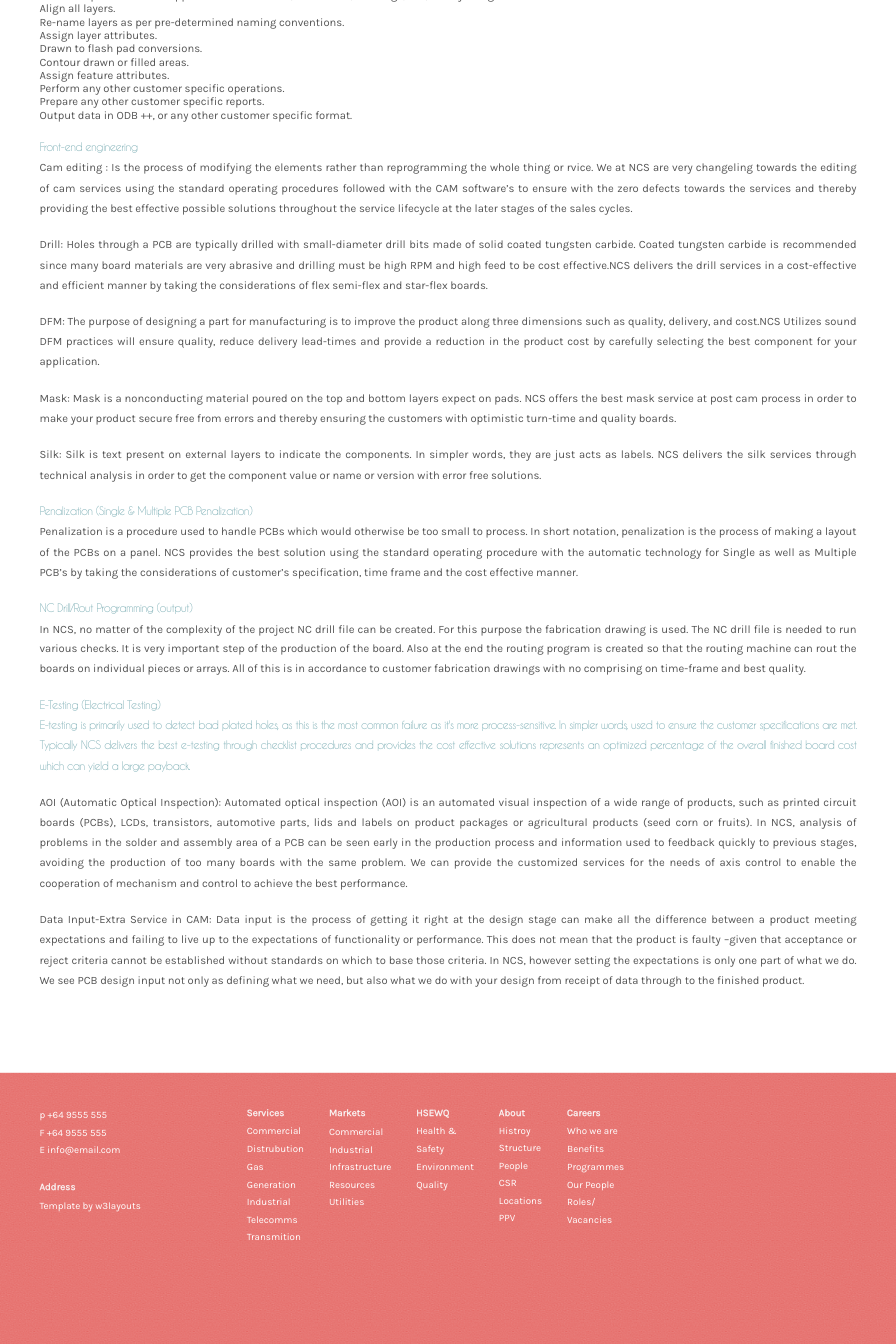
Repository: achalbi/NCS_demo
Page: public/CAM_Solutions.html
The author's editor kept a record of every edit. The page is drawn from the files as they stood at one moment, then again after the next edit.
The browser window is 1280 px wide. The pictures show the part of the page from y = 772 to 2692 px (the page is 2692 px tall), at 70% of full size.

Above is the page before.

### public/CAM_Solutions.html
<!--A Design by W3layouts
Author: W3layout
Author URL: http://w3layouts.com
License: Creative Commons Attribution 3.0 Unported
License URL: http://creativecommons.org/licenses/by/3.0/
-->
<!DOCTYPE HTML>
<html>
<head>
<title>The Organic Website Template | Infrastructure :: w3layouts</title>
<meta http-equiv="Content-Type" content="text/html; charset=utf-8" />
<meta name="viewport" content="width=device-width, initial-scale=1, maximum-scale=1">
<link href='http://fonts.googleapis.com/css?family=Karla' rel='stylesheet' type='text/css'>
<link href="css/style.css" rel="stylesheet" type="text/css" media="all" />
<script src="js/jquery.min.js"></script>
</head>
<body>
<!-- start header -->
<div class="header_bg1">
<div class="wrap">
<div class="wrapper">
	<div class="logo">
		<a href="index.html"><img src="images/logo.png" alt=""/> </a>
	</div>
	<div class="menu">
		<a class="toggleMenu" href="#">Menu</a>
		<ul class="nav">
			<li><a href="index.html">Home</a></li>
			<li><a href="#">Solutions</a>
				<ul>
					<li><a href="CAM_Solutions.html">CAM Solutions</a></li>
					<li><a href="Software_Solutions.html">Software Solutions</a></li>
					<li><a href="Engineering_Solutions.html">Engineering Solutions</a></li>
				</ul>
			</li>
			<li><a href="#">Company</a>
				<ul>
					<li><a href="Quality.html">Quality</a></li>
					<li><a href="Career.html">Career</a></li>
					<li><a href="Capabilities.html">Capabilities</a></li>
				</ul>
			</li>
			<li><a href="contact.html">Contact</a></li>
		</ul>
		</div>
		<div class="clear"></div>
	 <script type="text/javascript" src="js/script.js"></script>
	<div class="clear"></div>
</div>
</div>
</div>
<!-- start content -->
<div class="content_bg">
<div class="wrap">
<div class="wrapper">
	<div class="main">
	  <h2 class="style1">CAM SOLUTIONS</h2>
		<p class="para1">CAM (Computer-Aided Manufacturing) is a foremost front-end engineering solution that requires on time factor and accurate processing in any PCB Company. CAM services has been designed to help consistently accomplish the customers while gaining cost savings. NCS offers the CAM Services like RFQ, Pre-CAM/Product engineering, Front-end Engineering, Penalization, NC Drill Programming/Rout Programming, E-testing, AOI (Automatic optical Inspection), Data input is strived to produce the highest quality machined components in the safest, most efficient manner possible while still ensuring on time delivery of your products or services. </p>
		<p class="para1">  <span class= "style1_sub"> Requests for Quotation </span><br>
        A request for quotation (RFQ) is a standard business process whose purpose is to invite suppliers into a bidding process to bid on specific products or services. RFQ generally means the same thing as IFB (Invitation for Bid). Within the customer requirements, production capacity and the form factors, NCS provides the best quotation through technical reviews in terms of significant analysis and the time factor in order to ensure the customer to responds to RFQ’s faster and more accurately.
        </p>
        <p class="para1"> <span class= "style1_sub">  Pre-CAM (Product Engineering) </span>
        <br>
        Activity generally includes the following; however, this can be customized to each customer's requirements:
<ul >
<li style="color: #555555;">Read or input customer supplied electronic data (Gerber files, drawings, etc.) in any recognized format.</li>
<li style="color: #555555;">Align all layers.</li>
<li style="color: #555555;">Re-name layers as per pre-determined naming conventions.</li>
<li style="color: #555555;">Assign layer attributes.</li>
<li style="color: #555555;">Drawn to flash pad conversions.</li>
<li style="color: #555555;">Contour drawn or filled areas.</li>
<li style="color: #555555;">Assign feature attributes.</li>
<li style="color: #555555;">Perform any other customer specific operations.</li>
<li style="color: #555555;">Prepare any other customer specific reports.</li>
<li style="color: #555555;">Output data in ODB ++, or any other customer specific format.</li>
</ul>
        </p>
        <p class="para1"> <span class= "style1_sub">
        Front-end engineering</span><br>
        Cam editing :
Is the process of modifying the elements rather than reprogramming the whole thing or rvice. We at NCS are very changeling towards the editing of cam services using the standard operating procedures followed with the CAM software’s to ensure with the zero defects towards the services and thereby providing the best effective possible solutions throughout the service lifecycle at the later stages of the sales cycles.
        </p>
         <p class="para1">
       Drill:
Holes through a PCB are typically drilled with small-diameter drill bits made of solid coated tungsten carbide. Coated tungsten carbide is recommended since many board materials are very abrasive and drilling must be high RPM and high feed to be cost effective.NCS delivers the drill services in a cost-effective and efficient manner by taking the considerations of flex semi-flex and star-flex boards.
        </p>
         <p class="para1">
        DFM:
The purpose of designing a part for manufacturing is to improve the product along three dimensions such as quality, delivery, and cost.NCS Utilizes sound DFM practices will ensure quality, reduce delivery lead-times and provide a reduction in the product cost by carefully selecting the best component for your application.
        </p>
         <p class="para1">
       Mask:
Mask is a nonconducting material poured on the top and bottom layers expect on pads. NCS offers the best mask service at post cam process in order to make your product secure free from errors and thereby ensuring the customers with optimistic turn-time and quality boards.
        </p>
          <p class="para1">
      Silk:
Silk is text present on external layers to indicate the components. In simpler words, they are just acts as labels. NCS delivers the silk services through technical analysis in order to get the component value or name or version with error free solutions.
        </p>
         <p class="para1">  <span class= "style1_sub"> Penalization (Single & Multiple PCB Penalization)</span><br>
         Penalization is a procedure used to handle PCBs which would otherwise be too small to process. In short notation, penalization is the process of making a layout of the PCBs on a panel. NCS provides the best solution using the standard operating procedure with the automatic technology for Single as well as Multiple PCB’s by taking the considerations of customer’s specification, time frame and the cost effective manner.
         </p>
          <p class="para1">  <span class= "style1_sub"> NC Drill/Rout Programming (output)</span><br>
          In NCS, no matter of the complexity of the project NC drill file can be created. For this purpose the fabrication drawing is used. The NC drill file is needed to run various checks. It is very important step of the production of the board. Also at the end the routing program is created so that the routing machine can rout the boards on individual pieces or arrays. All of this is in accordance to customer fabrication drawings with no comprising on time-frame and best quality.
          </p>
           <p class="para1">  <span class= "style1_sub"> E-Testing (Electrical Testing)<br>
           E-testing is primarily used to detect bad plated holes, as this is the most common failure as it's more process-sensitive. In simpler words, used to ensure the customer specifications are met. Typically NCS delivers the best e-testing through checklist procedures and provides the cost effective solutions represents an optimized percentage of the overall finished board cost which can yield a large payback.
           </p>
            <p class="para1">AOI (Automatic Optical Inspection):
Automated optical inspection (AOI) is an automated visual inspection of a wide range of products, such as printed circuit boards (PCBs), LCDs, transistors, automotive parts, lids and labels on product packages or agricultural products (seed corn or fruits). In NCS, analysis of problems in the solder and assembly area of a PCB can be seen early in the production process and information used to feedback quickly to previous stages, avoiding the production of too many boards with the same problem. We can provide the customized services for the needs of axis control to enable the cooperation of mechanism and control to achieve the best performance.</p>
<p class="para1">Data Input-Extra Service in CAM:
Data input is the process of getting it right at the design stage can make all the difference between a product meeting expectations and failing to live up to the expectations of functionality or performance. This does not mean that the product is faulty –given that acceptance or reject criteria cannot be established without standards on which to base those criteria. In NCS, however setting the expectations is only one part of what we do. We see PCB design input not only as defining what we need, but also what we do with your design from receipt of data through to the finished product.</p>
    </div>
</div>
</div>
</div>
<!-- start footer -->
<div class="footer_bg">
<div class="wrap">
<div class="wrapper">
<div class="clear">
	<div class="f_grid">
		<div class="grid1_of_1">
			<div class="address">
				<p>p +64 9555 555</p>
				<p>F +64 9555 555</p>
				<p>E <a href="">info@email.com</a> </p>
				<h3 class="top">Address</h3>
				<p class="top">Template by <a href="http://w3layouts.com">w3layouts</a></p>
			</div>
		</div>
		<div class="grid1_of_2">
			<div class="f_grid2 left">
				<h3>Services</h3>
				<ul class="f_nav">
					<li><a href="">Commercial</a></li>
					<li><a href="">Distrubution</a></li>
					<li><a href="">Gas</a></li>
					<li><a href="">Generation</a></li>
					<li><a href="">Industrial</a></li>
					<li><a href="">Telecomms</a></li>
					<li><a href="">Transmition</a></li>
				</ul>
			</div>
			<div class="f_grid2 left">
			<h3>Markets</h3>
			<ul class="f_nav">
				<li><a href="">Commercial</a></li>
				<li><a href="">Industrial</a></li>
				<li><a href="">Infrastructure</a></li>
				<li><a href="">Resources</a></li>
				<li><a href="">Utilities</a></li>
			</ul>
			</div>
			<div class="f_grid2 left">
			<h3>HSEWQ</h3>
			<ul class="f_nav">
				<li><a href="">Health &</a></li>
				<li><a href="">Safety</a></li>
				<li><a href="">Environment</a></li>
				<li><a href="">Quality</a></li>
			</ul>
			</div>
			<div class="f_grid2 left hide">
			<h3>About</h3>
			<ul class="f_nav">
				<li><a href="">Histroy</a></li>
				<li><a href="">Structure</a></li>
				<li><a href="">People</a></li>
				<li><a href="">CSR</a></li>
				<li><a href="">Locations</a></li>
				<li><a href="">PPV</a></li>
			</ul>
			</div>
			<div class="f_grid2 left hide">
			<h3>Careers</h3>
			<ul class="f_nav">
				<li><a href="">Who we are</a></li>
				<li><a href="">Benefits</a></li>
				<li><a href="">Programmes</a></li>
				<li><a href="">Our People</a></li>
				<li><a href="">Roles/</a></li>
				<li><a href="">Vacancies</a></li>
			</ul>
			</div>
		</div>
		<div class="clear"></div>
	</div>
	</div>
</div>
</div>
</div>
</body>
</html>

Loaded but not shown: public/js/jquery.min.js (library); public/js/script.js (49 lines, source omitted); public/css/style.css (962 lines, source omitted)

After the next edit:
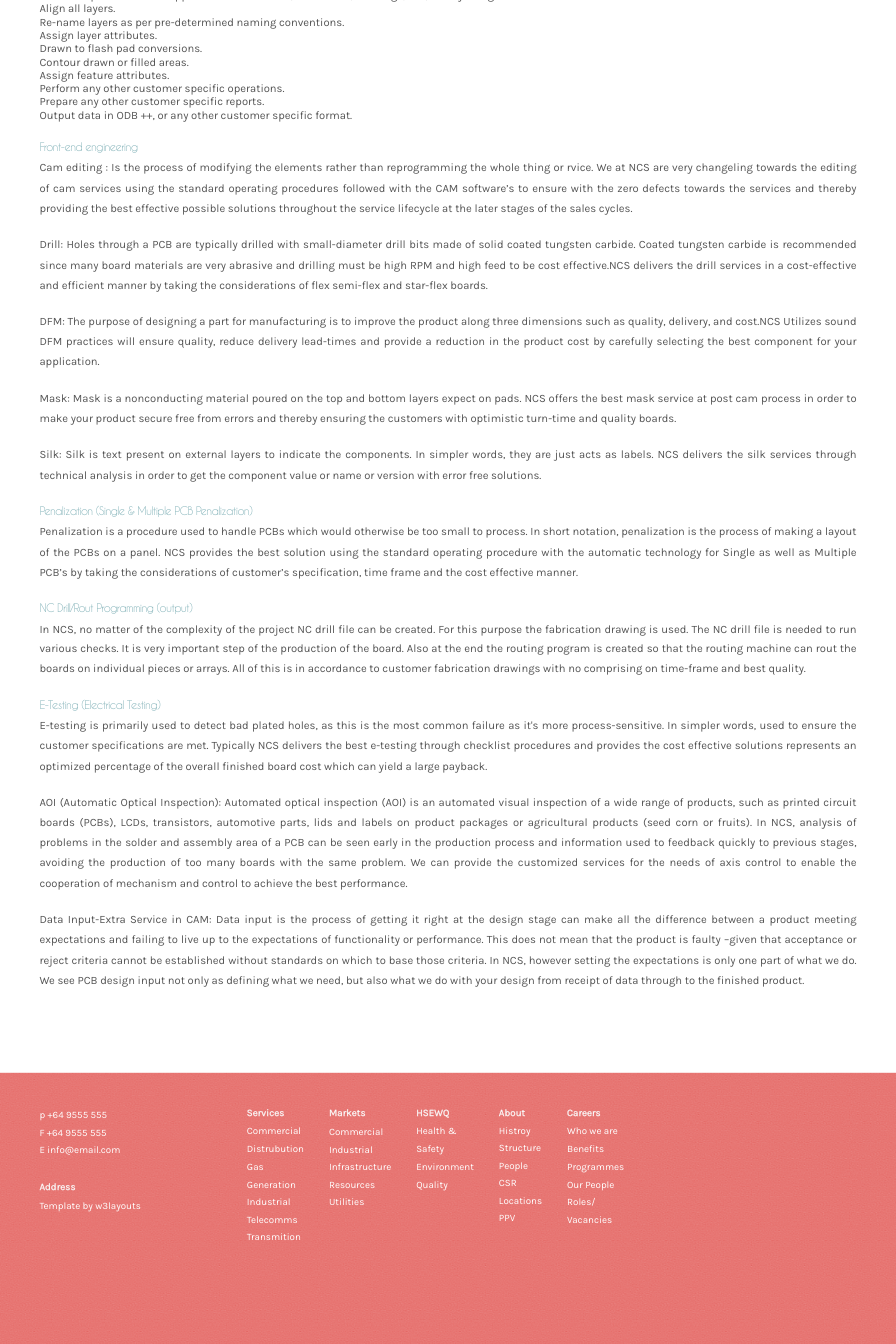
The edit:
--- a/public/CAM_Solutions.html
+++ b/public/CAM_Solutions.html
@@ -102,7 +102,7 @@
           <p class="para1">  <span class= "style1_sub"> NC Drill/Rout Programming (output)</span><br>
           In NCS, no matter of the complexity of the project NC drill file can be created. For this purpose the fabrication drawing is used. The NC drill file is needed to run various checks. It is very important step of the production of the board. Also at the end the routing program is created so that the routing machine can rout the boards on individual pieces or arrays. All of this is in accordance to customer fabrication drawings with no comprising on time-frame and best quality.
           </p>
-           <p class="para1">  <span class= "style1_sub"> E-Testing (Electrical Testing)<br>
+           <p class="para1">  <span class= "style1_sub"> E-Testing (Electrical Testing)</span><br>
            E-testing is primarily used to detect bad plated holes, as this is the most common failure as it's more process-sensitive. In simpler words, used to ensure the customer specifications are met. Typically NCS delivers the best e-testing through checklist procedures and provides the cost effective solutions represents an optimized percentage of the overall finished board cost which can yield a large payback.
            </p>
             <p class="para1">AOI (Automatic Optical Inspection):
